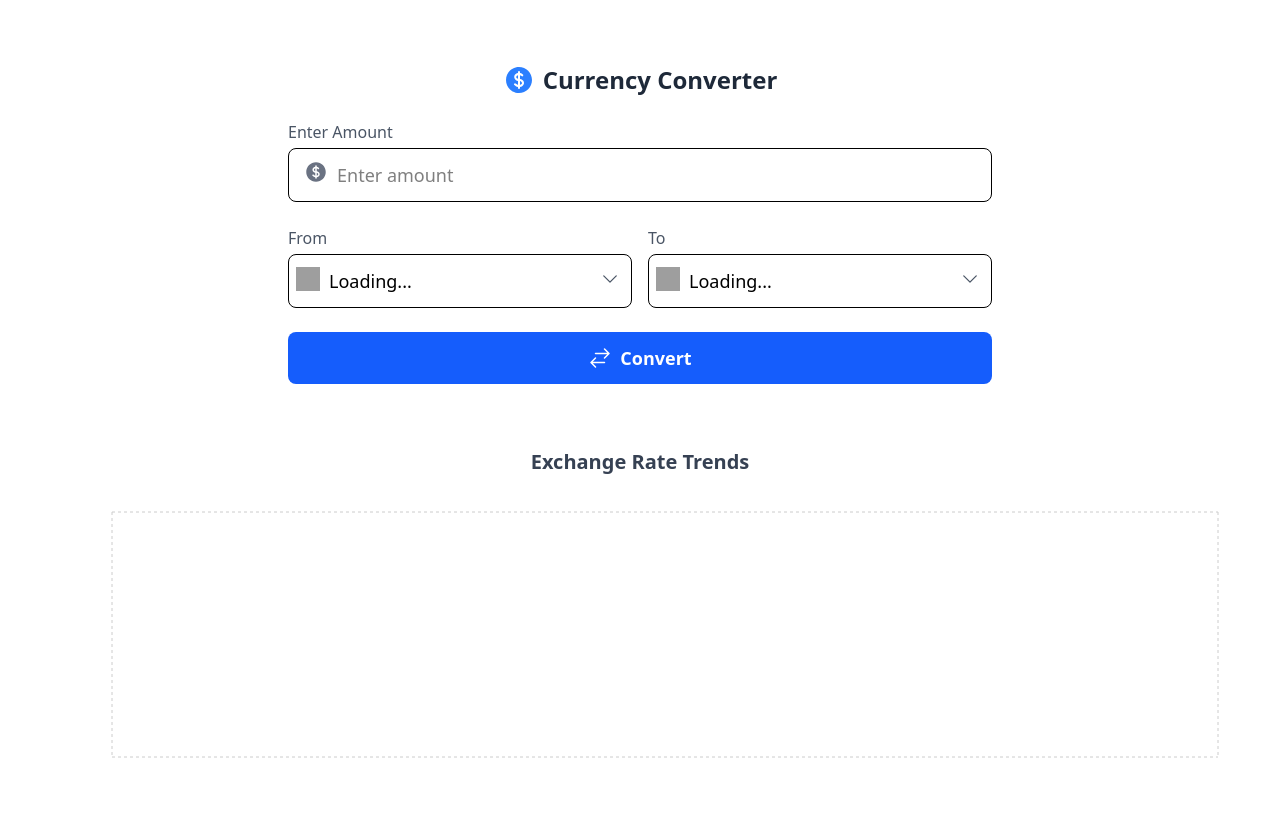
Repository: adrcstro/withcenter_developer_exam
Page: /
These files come from the project's save history. The page is drawn as it stood at one moment and after the next save; the edit follows.
The browser window is 1280 px wide. The pictures show the whole page.
Pictures or frames that could not be fetched are drawn as grey boxes. The page's requests for data from a server got no answer. The project was rebuilt for these pictures with package versions that can differ from the ones it lists, and the page was loaded fresh each time. No one was signed in, and anything a server would have sent is missing. Also part of the build but not shown: vite.config.ts.

Above is the page before, as saved 2025-03-18 14:35:28.

### index.html
<!doctype html>
<html lang="en">
  <head>
    <meta charset="UTF-8" />
    <link rel="icon" type="image/svg+xml" href="/vite.svg" />
    <meta name="viewport" content="width=device-width, initial-scale=1.0" />
    <title>Vite + React + TS</title>
    <!-- public/index.html -->
  <link href="https://fonts.googleapis.com/css2?family=Montserrat:wght@300;400;500;700&display=swap" rel="stylesheet">


  </head>
  <body>
    <div id="root"></div>
    <script type="module" src="/src/main.tsx"></script>
  </body>
</html>

### src/main.tsx

import { createRoot } from 'react-dom/client'
import './index.css'
import App from './App.tsx'

createRoot(document.getElementById('root')!).render(

    <App />

)

### src/App.tsx
import { Provider } from "react-redux";
import { QueryClient, QueryClientProvider } from "@tanstack/react-query";
import { store } from "./Store/store";
import { useAppDispatch, useAppSelector } from "./Store/hooks";
import { setAmount, setFromCurrency, setToCurrency, setConvertedAmount } from "./Store/exchangeRateSlice";
import { useExchangeRates, useSupportedCurrencies } from "./Store/useExchangeRates";
import { ArrowsRightLeftIcon, CurrencyDollarIcon } from "@heroicons/react/24/solid";
import { AreaChart, Area, XAxis, YAxis, CartesianGrid, Tooltip, ResponsiveContainer } from "recharts";
import { ChevronDownIcon } from "@heroicons/react/24/solid"; // Import Heroicons
const queryClient = new QueryClient();

// Define an interface for currencies
interface Currency {
  code: string;
  name: string;
}

const currencyToCountryCode: Record<string, string> = {
  USD: "us", EUR: "eu", GBP: "gb", JPY: "jp", AUD: "au", CAD: "ca", CHF: "ch", CNY: "cn",
  INR: "in", BRL: "br", ZAR: "za", MXN: "mx", AED: "ae", AFN: "af", ALL: "al", AMD: "am",
  ANG: "an", AOA: "ao", ARS: "ar", AWG: "aw", AZN: "az", BBD: "bb", BDT: "bd", BGN: "bg",
  BHD: "bh", BIF: "bi", BMD: "bm", BND: "bn", BOB: "bo", BSD: "bs", BTN: "bt", BWP: "bw",
  BYN: "by", BZD: "bz", CLP: "cl", COP: "co", CRC: "cr", CUP: "cu", CVE: "cv", CZK: "cz",
  DJF: "dj", DKK: "dk", DOP: "do", DZD: "dz", EGP: "eg", ERN: "er", ETB: "et", FJD: "fj",
  FKP: "fk", FOK: "fo", GEL: "ge", GGP: "gg", GHS: "gh", GIP: "gi", GMD: "gm", GNF: "gn",
  GTQ: "gt", GYD: "gy", HKD: "hk", HNL: "hn", HRK: "hr", HTG: "ht", HUF: "hu", IDR: "id",
  ILS: "il", ISK: "is", JMD: "jm", JOD: "jo", KES: "ke", KGS: "kg", KHR: "kh", KMF: "km",
  KRW: "kr", KWD: "kw", KYD: "ky", KZT: "kz", LAK: "la", LBP: "lb", LKR: "lk", LRD: "lr",
  LSL: "ls", LYD: "ly", MAD: "ma", MDL: "md", MGA: "mg", MKD: "mk", MMK: "mm", MNT: "mn",
  MOP: "mo", MRU: "mr", MUR: "mu", MVR: "mv", MWK: "mw", MYR: "my", MZN: "mz", NAD: "na",
  NGN: "ng", NIO: "ni", NOK: "no", NPR: "np", NZD: "nz", OMR: "om", PAB: "pa", PEN: "pe",
  PGK: "pg", PHP: "ph", PKR: "pk", PLN: "pl", PYG: "py", QAR: "qa", RON: "ro", RSD: "rs",
  RUB: "ru", RWF: "rw", SAR: "sa", SBD: "sb", SCR: "sc", SDG: "sd", SEK: "se", SGD: "sg",
  SHP: "sh", SLL: "sl", SOS: "so", SRD: "sr", SSP: "ss", STN: "st", SYP: "sy", SZL: "sz",
  THB: "th", TJS: "tj", TMT: "tm", TND: "tn", TOP: "to", TRY: "tr", TTD: "tt", TZS: "tz",
  UAH: "ua", UGX: "ug", UYU: "uy", UZS: "uz", VES: "ve", VND: "vn", VUV: "vu", WST: "ws",
  XAF: "cm", XCD: "ag", XOF: "bj", XPF: "pf", YER: "ye", ZMW: "zm", ZWL: "zw",
};


const getFlagUrl = (currencyCode: string) => {
  const countryCode = currencyToCountryCode[currencyCode] || currencyCode.toLowerCase();
  return `https://flagcdn.com/w40/${countryCode}.png`;
};

function CurrencyConverter() {
  const dispatch = useAppDispatch();
  const { fromCurrency, toCurrency, amount, convertedAmount } = useAppSelector((state) => state.exchangeRates);

  const { data: exchangeRates } = useExchangeRates(fromCurrency);
  const { data: currencies, isLoading } = useSupportedCurrencies();

  const handleConvert = () => {
    if (!exchangeRates) return;
    const rate = exchangeRates[toCurrency] || 1;
    dispatch(setConvertedAmount((parseFloat(amount) * rate).toFixed(2)));
  };

  const chartData = exchangeRates
    ? Object.entries(exchangeRates).map(([currency, rate]) => ({ currency, rate }))
    : [];

  return (
    <div className="flex flex-col items-center justify-center min-h-screen  bg-white p-8">
      <div className="flex flex-col items-center justify-center w-full max-w-[2000px] px-8">
        <div className="bg-white rounded-xl p-8 w-full max-w-3xl">
          <h2 className="text-2xl font-bold text-gray-800 text-center mb-6 flex items-center justify-center gap-2">
            <CurrencyDollarIcon className="w-8 h-8 text-blue-500" />
            Currency Converter
          </h2>

          <div className="mb-6">
            <label className="block text-gray-600 text-base font-medium">Enter Amount</label>
            <div className="relative">
              <input
                type="number"
                value={amount}
                onChange={(e) => dispatch(setAmount(e.target.value))}
                className="w-full mt-1 pl-12 pr-4 py-3 border rounded-lg text-lg focus:outline-none focus:ring-2 focus:ring-blue-400"
                placeholder="Enter amount"
              />
              <CurrencyDollarIcon className="w-6 h-6 text-gray-500 absolute left-4 top-4" />
            </div>
          </div>

          <div className="flex gap-4 mb-6">
  {/* From Currency */}
  <div className="w-1/2">
    <label className="block text-gray-600 text-base font-medium">From</label>
    <div className="relative flex items-center">
      <img
        src={getFlagUrl(fromCurrency)}
        alt={fromCurrency}
        className="w-6 h-6 absolute left-2"
      />
      <select
        value={fromCurrency}
        onChange={(e) => dispatch(setFromCurrency(e.target.value))}
        className="w-full mt-1 pl-10 pr-10 py-3 border rounded-lg text-lg focus:outline-none focus:ring-2 focus:ring-blue-400 appearance-none bg-white"
      >
        {isLoading ? (
          <option>Loading...</option>
        ) : (
          currencies?.map(({ code, name }: Currency) => (
            <option key={code} value={code}>
              {code} - {name}
            </option>
          ))
        )}
      </select>
      <ChevronDownIcon className="w-5 h-5 absolute right-3 text-gray-600 pointer-events-none" />
    </div>
  </div>

  {/* To Currency */}
  <div className="w-1/2">
    <label className="block text-gray-600 text-base font-medium">To</label>
    <div className="relative flex items-center">
      <img
        src={getFlagUrl(toCurrency)}
        alt={toCurrency}
        className="w-6 h-6 absolute left-2"
      />
      <select
        value={toCurrency}
        onChange={(e) => dispatch(setToCurrency(e.target.value))}
        className="w-full mt-1 pl-10 pr-10 py-3 border rounded-lg text-lg focus:outline-none focus:ring-2 focus:ring-blue-400 appearance-none bg-white"
      >
        {isLoading ? (
          <option>Loading...</option>
        ) : (
          currencies?.map(({ code, name }: Currency) => (
            <option key={code} value={code}>
              {code} - {name}
            </option>
          ))
        )}
      </select>
      <ChevronDownIcon className="w-5 h-5 absolute right-3 text-gray-600 pointer-events-none" />
    </div>
  </div>
</div>

          <button
            onClick={handleConvert}
            className="w-full bg-blue-600 hover:bg-blue-700 text-white text-lg font-semibold py-3 rounded-lg flex items-center justify-center gap-2 transition duration-300"
          >
            <ArrowsRightLeftIcon className="w-6 h-6" />
            Convert
          </button>

          {convertedAmount && (
            <div className="mt-6 text-center">
              <p className="text-gray-800 text-xl">
                {amount} {fromCurrency} = <span className="font-bold text-green-600">{convertedAmount} {toCurrency}</span>
              </p>
            </div>
          )}
        </div>
      </div>

      {/* Chart Section */}
      <div className="w-full max-w-7xl mt-8">
        <h2 className="text-xl font-semibold text-gray-700 text-center mb-4">Exchange Rate Trends</h2>
        <ResponsiveContainer width="100%" height={300}>
          <AreaChart data={chartData} margin={{ top: 20, right: 30, left: 20, bottom: 5 }}>
            <CartesianGrid strokeDasharray="3 3" />
            <XAxis dataKey="currency" />
            <YAxis />
            <Tooltip />
            <Area type="monotone" dataKey="rate" stroke="#8884d8" fill="#8884d8" />
          </AreaChart>
        </ResponsiveContainer>
      </div>
    </div>
  );
}

export default function App() {
  return (
    <Provider store={store}>
      <QueryClientProvider client={queryClient}>
        <CurrencyConverter />
      </QueryClientProvider>
    </Provider>
  );
}

### src/Store/store.ts
// src/store/store.ts
import { configureStore } from "@reduxjs/toolkit";
import exchangeRateReducer from "./exchangeRateSlice";

export const store = configureStore({
  reducer: {
    exchangeRates: exchangeRateReducer,
  },
});

export type RootState = ReturnType<typeof store.getState>;
export type AppDispatch = typeof store.dispatch;

### src/Store/hooks.ts

import { TypedUseSelectorHook, useDispatch, useSelector } from "react-redux";
import type { RootState, AppDispatch } from "./store";

export const useAppDispatch: () => AppDispatch = useDispatch;
export const useAppSelector: TypedUseSelectorHook<RootState> = useSelector;

### src/Store/exchangeRateSlice.ts
// src/store/exchangeRateSlice.ts
import { createSlice, PayloadAction } from "@reduxjs/toolkit";

interface ExchangeRateState {
  fromCurrency: string;
  toCurrency: string;
  amount: string;
  convertedAmount: string;
}

const initialState: ExchangeRateState = {
  fromCurrency: "USD",
  toCurrency: "EUR",
  amount: "",
  convertedAmount: "",
};

const exchangeRateSlice = createSlice({
  name: "exchangeRate",
  initialState,
  reducers: {
    setFromCurrency: (state, action: PayloadAction<string>) => {
      state.fromCurrency = action.payload;
    },
    setToCurrency: (state, action: PayloadAction<string>) => {
      state.toCurrency = action.payload;
    },
    setAmount: (state, action: PayloadAction<string>) => {
      state.amount = action.payload;
    },
    setConvertedAmount: (state, action: PayloadAction<string>) => {
      state.convertedAmount = action.payload;
    },
  },
});

export const { setFromCurrency, setToCurrency, setAmount, setConvertedAmount } = exchangeRateSlice.actions;
export default exchangeRateSlice.reducer;

### src/Store/useExchangeRates.ts
import { useQuery } from "@tanstack/react-query";
import axios from "axios";

const API_KEY = import.meta.env.VITE_EXCHANGE_RATE_API_KEY;
const BASE_URL = "https://v6.exchangerate-api.com/v6";

const fetchCurrencies = async () => {
  const response = await axios.get(`${BASE_URL}/${API_KEY}/codes`);
  return response.data.supported_codes.map(([code, name]: [string, string]) => ({
    code,
    name,
  }));
};
const fetchExchangeRates = async (fromCurrency: string) => {
  const response = await axios.get(`${BASE_URL}/${API_KEY}/latest/${fromCurrency}`);
  return response.data.conversion_rates;
};
export const useExchangeRates = (fromCurrency: string) => {
  return useQuery({
    queryKey: ["exchangeRates", fromCurrency],
    queryFn: () => fetchExchangeRates(fromCurrency),
    staleTime: 1000 * 60 * 10, // 10 minutes cache
  });
};
export const useSupportedCurrencies = () => {
  return useQuery({
    queryKey: ["supportedCurrencies"],
    queryFn: fetchCurrencies,
    staleTime: Infinity,
  });
};

Loaded but not shown: src/index.css (common file)

After the next save:
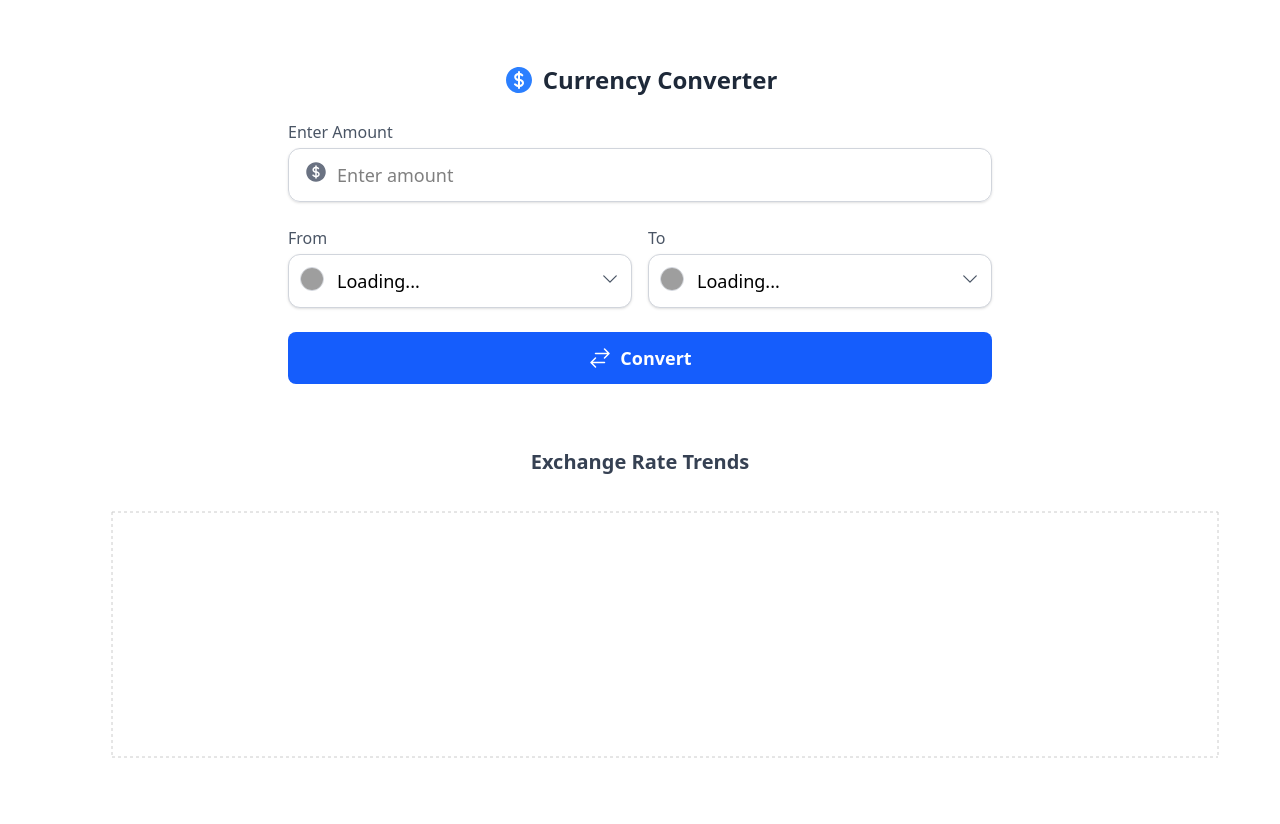
Saved 2 min 7 s later.
--- a/src/App.tsx
+++ b/src/App.tsx
@@ -70,20 +70,20 @@ function CurrencyConverter() {
           </h2>
 
           <div className="mb-6">
-            <label className="block text-gray-600 text-base font-medium">Enter Amount</label>
-            <div className="relative">
-              <input
-                type="number"
-                value={amount}
-                onChange={(e) => dispatch(setAmount(e.target.value))}
-                className="w-full mt-1 pl-12 pr-4 py-3 border rounded-lg text-lg focus:outline-none focus:ring-2 focus:ring-blue-400"
-                placeholder="Enter amount"
-              />
-              <CurrencyDollarIcon className="w-6 h-6 text-gray-500 absolute left-4 top-4" />
-            </div>
-          </div>
+  <label className="block text-gray-600 text-base font-medium">Enter Amount</label>
+  <div className="relative">
+    <input
+      type="number"
+      value={amount}
+      onChange={(e) => dispatch(setAmount(e.target.value))}
+      className="w-full mt-1 pl-12 pr-4 py-3 border border-gray-300 rounded-xl text-lg shadow-sm focus:outline-none focus:ring-2 focus:ring-blue-500 transition-all duration-200"
+      placeholder="Enter amount"
+    />
+    <CurrencyDollarIcon className="w-6 h-6 text-gray-500 absolute left-4 top-4" />
+  </div>
+</div>
 
-          <div className="flex gap-4 mb-6">
+<div className="flex gap-4 mb-6">
   {/* From Currency */}
   <div className="w-1/2">
     <label className="block text-gray-600 text-base font-medium">From</label>
@@ -91,12 +91,12 @@ function CurrencyConverter() {
       <img
         src={getFlagUrl(fromCurrency)}
         alt={fromCurrency}
-        className="w-6 h-6 absolute left-2"
+        className="w-6 h-6 absolute left-3 rounded-full border border-gray-300"
       />
       <select
         value={fromCurrency}
         onChange={(e) => dispatch(setFromCurrency(e.target.value))}
-        className="w-full mt-1 pl-10 pr-10 py-3 border rounded-lg text-lg focus:outline-none focus:ring-2 focus:ring-blue-400 appearance-none bg-white"
+        className="w-full mt-1 pl-12 pr-10 py-3 border border-gray-300 rounded-xl text-lg shadow-sm focus:outline-none focus:ring-2 focus:ring-blue-500 appearance-none bg-white transition-all duration-200"
       >
         {isLoading ? (
           <option>Loading...</option>
@@ -119,12 +119,12 @@ function CurrencyConverter() {
       <img
         src={getFlagUrl(toCurrency)}
         alt={toCurrency}
-        className="w-6 h-6 absolute left-2"
+        className="w-6 h-6 absolute left-3 rounded-full border border-gray-300"
       />
       <select
         value={toCurrency}
         onChange={(e) => dispatch(setToCurrency(e.target.value))}
-        className="w-full mt-1 pl-10 pr-10 py-3 border rounded-lg text-lg focus:outline-none focus:ring-2 focus:ring-blue-400 appearance-none bg-white"
+        className="w-full mt-1 pl-12 pr-10 py-3 border border-gray-300 rounded-xl text-lg shadow-sm focus:outline-none focus:ring-2 focus:ring-blue-500 appearance-none bg-white transition-all duration-200"
       >
         {isLoading ? (
           <option>Loading...</option>
